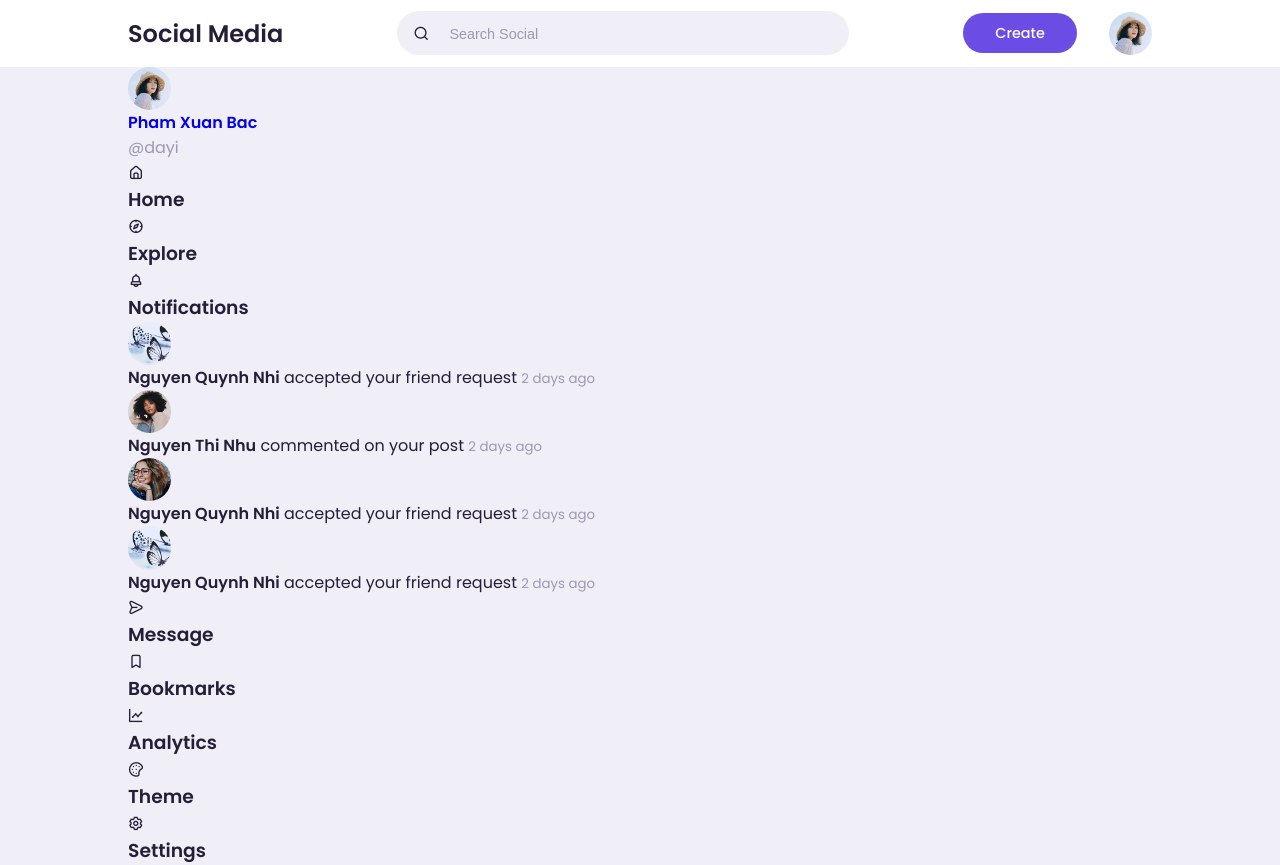
Repository: northpx/socialMedia
Page: index.html
The author's editor kept a copy of each file at every save. The page is drawn from the files as they stood at one save, then again after a run of saves.
The browser window is 1280 px wide. The pictures show the whole page.

Above is the page before, as saved 2023-03-07 17:08:34.

After the next 6 saves:
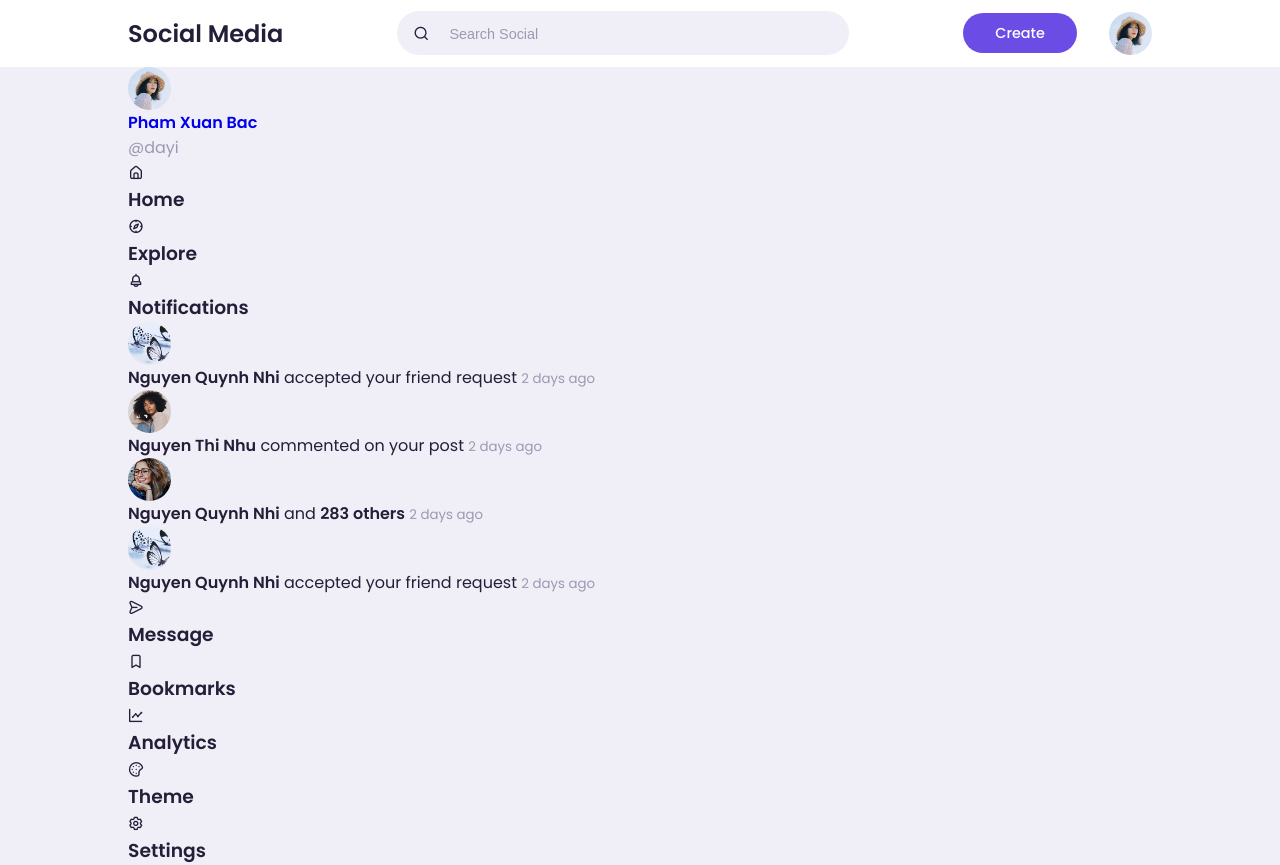
The 6 saves are shown as one change because they came seconds apart.
The last was saved 28 s later.
--- a/index.html
+++ b/index.html
@@ -77,7 +77,7 @@
                                     <img src="./images/profile-4.jpg" alt="">
                                 </div>
                                 <div class="notification-body">
-                                    <b>Nguyen Quynh Nhi</b> accepted your friend request
+                                    <b>Nguyen Quynh Nhi</b> and <b>283 others</b>
                                     <small class="text-muted">2 days ago</small>
                                 </div>
                             </div>
